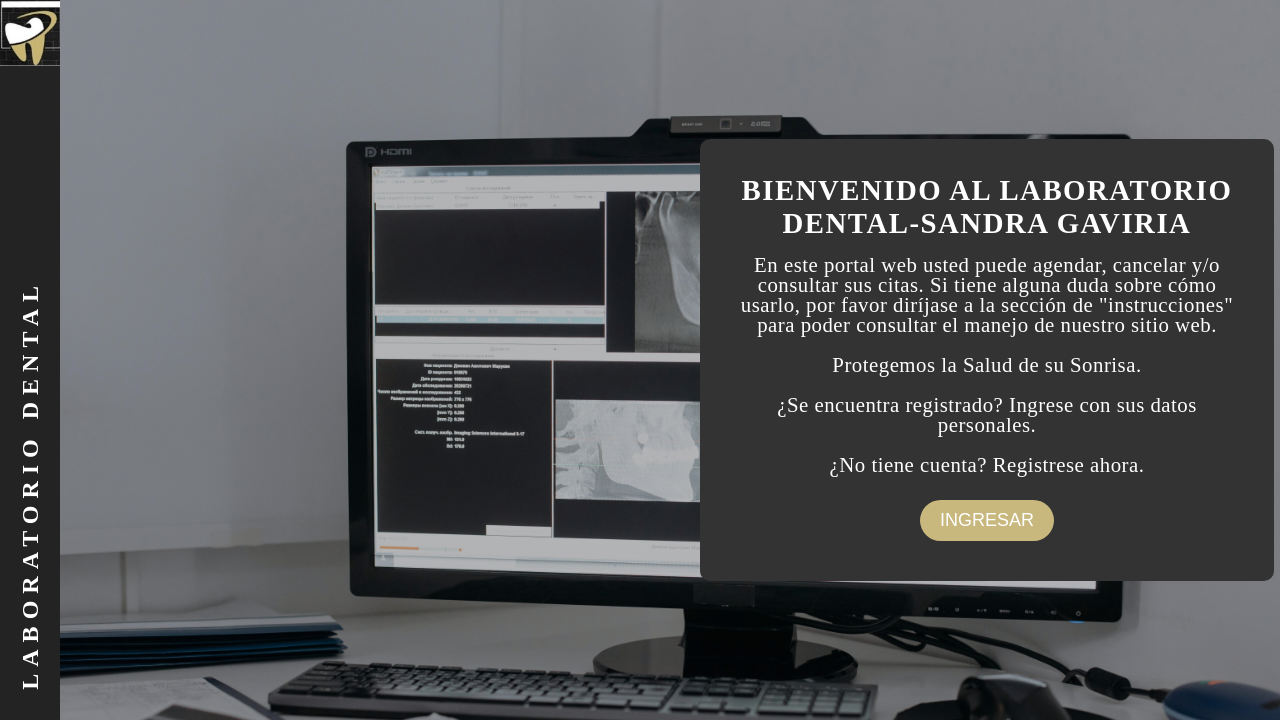
Repository: IIntef/ProyectoDental2.0
Page: Proyecto/Proyecto/Fer.html
The author's editor kept a copy of each file at every save. The page is drawn from the files as they stood at one save, then again after the next save.
The browser window is 1280 px wide. The pictures show the whole page.

Above is the page before, as saved 2024-06-14 17:03:11.

After the next save:
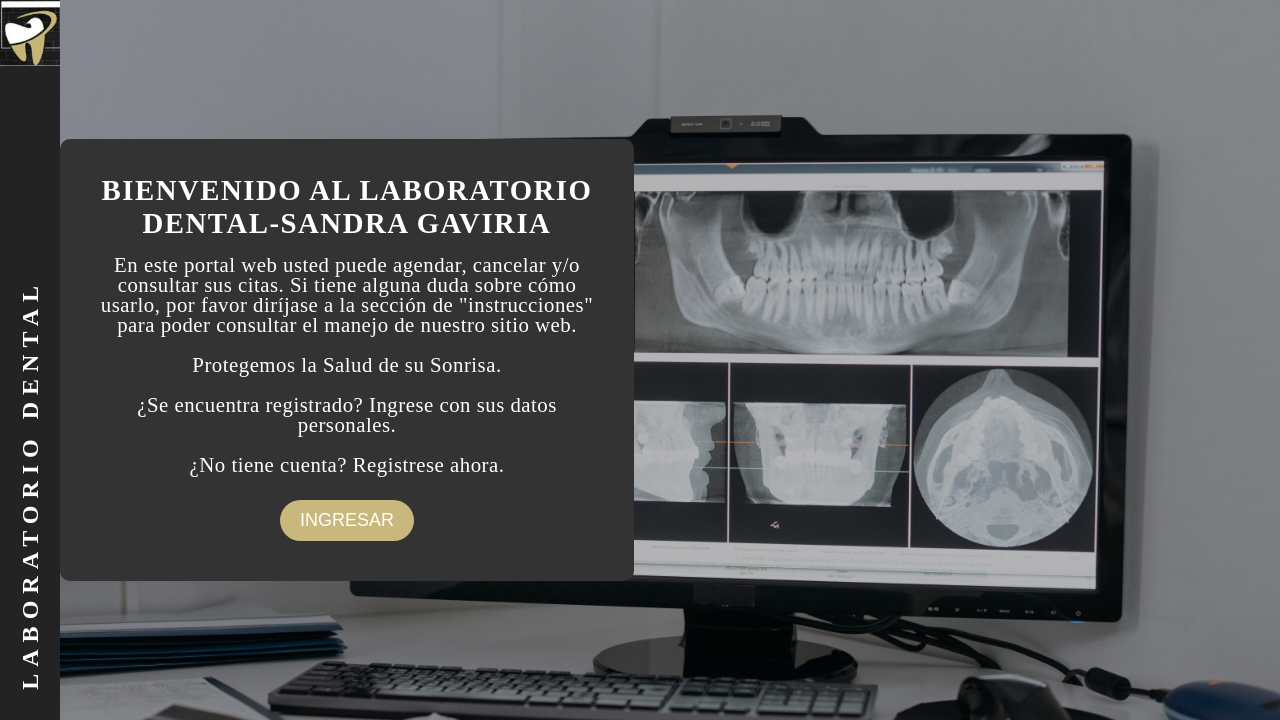
Saved 10 s later.
--- a/Proyecto/Proyecto/StyleFer.css
+++ b/Proyecto/Proyecto/StyleFer.css
@@ -29,7 +29,6 @@
     width: 100%;
     justify-content:center;
     align-items: center;
-    padding-left: 50%;
 }
 
 .container{

After the 2 saves that followed:
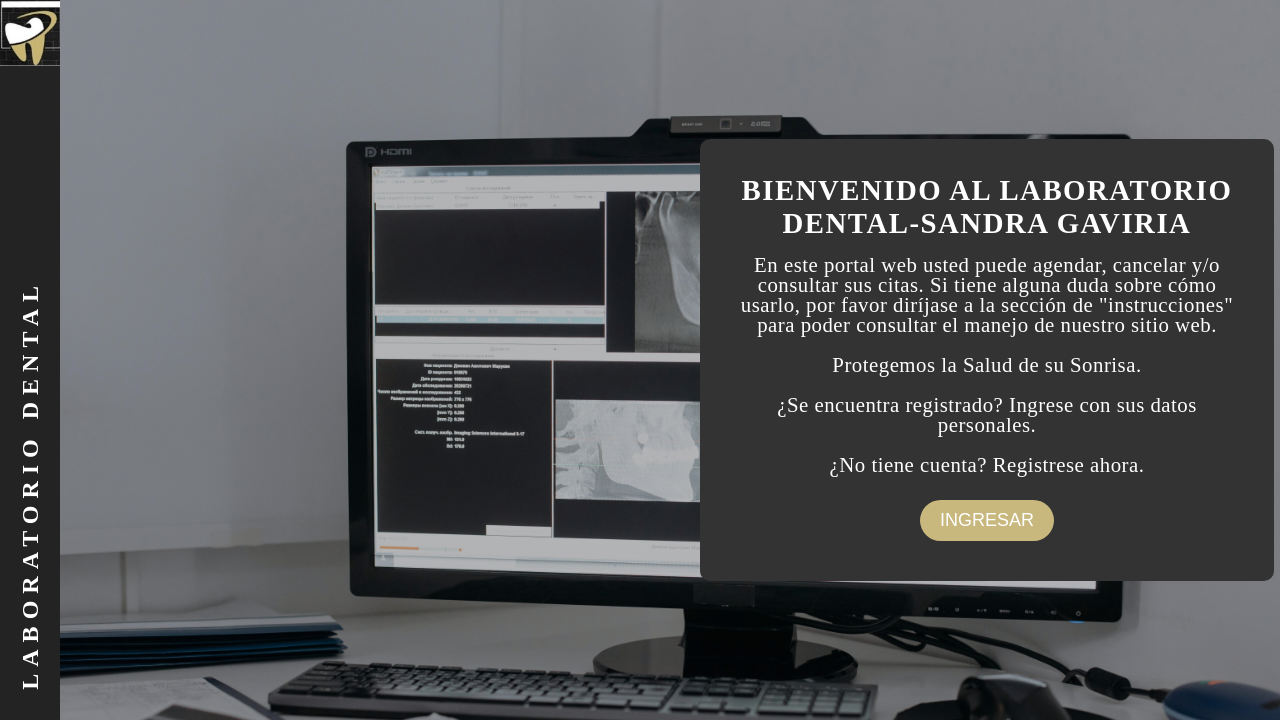
The 2 saves are shown as one change because 1 left the picture as it was.
The last was saved 106 s later.
--- a/Proyecto/Proyecto/StyleFer.css
+++ b/Proyecto/Proyecto/StyleFer.css
@@ -29,6 +29,7 @@
     width: 100%;
     justify-content:center;
     align-items: center;
+    margin-left: 50vw;
 }
 
 .container{
@@ -51,6 +52,7 @@
     background: linear-gradient(rgba(5,7,12,0.3), rgba(5,7,12,0.3)), url("Fondo.jpg"), no-repeat center center fixed;
     width: 100%;
     background-size: cover;
+    justify-content: center;
 }
 
 h1{
